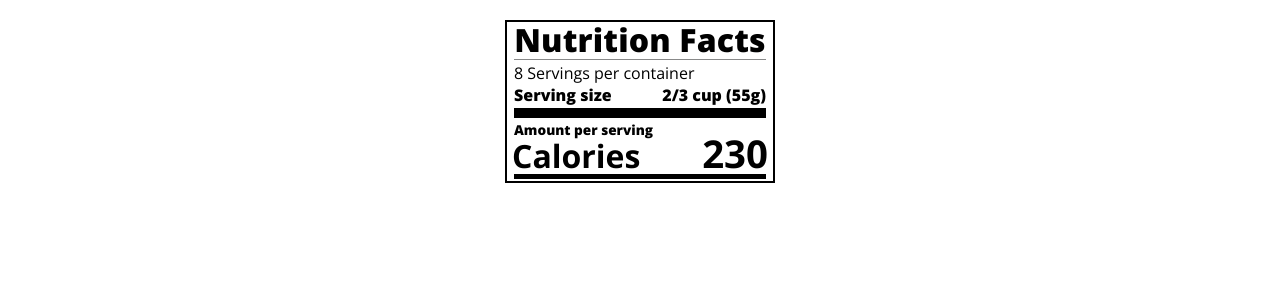
Repository: Lungdjos/typography
Page: index.html
The author's editor kept a copy of each file at every save. The page is drawn from the files as they stood at one save, then again after a run of saves.
The browser window is 1280 px wide. The pictures show the whole page.

Above is the page before, as saved 2023-10-28 01:46:11.

After the next 4 saves:
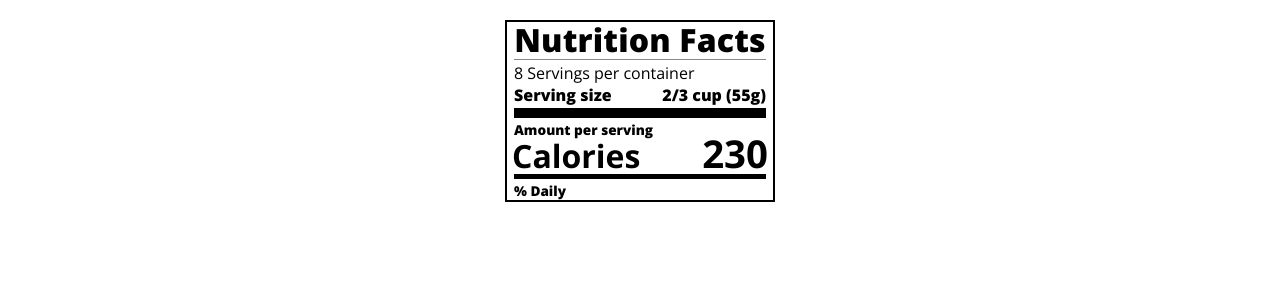
The 4 saves are shown as one change because they came seconds apart.
The last was saved 9 s later.
--- a/index.html
+++ b/index.html
@@ -27,7 +27,7 @@
         </div>
         <div class="divider medium"></div>
         <div class="daily-value small-text">
-            <p class="bold right"></p>
+            <p class="bold right">% Daily </p>
         </div>
     </div>
 
